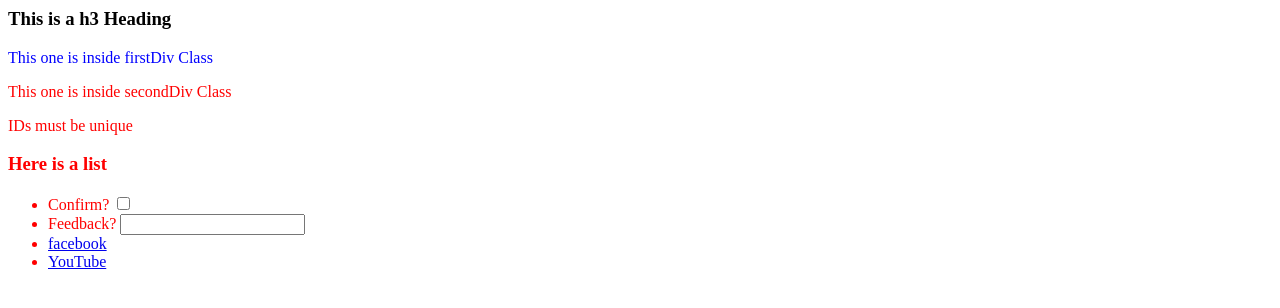
Repository: MonwarAdeeb/Bista_Solutions
Page: HTML & CSS/CSS/Level One/03. Apply Style on Subsets.html
An editor plug-in stored every save of this project. The page is shown before and after the next save, followed by the edit.
The browser window is 1280 px wide. The pictures show the whole page.

Above is the page before, as saved 2021-05-19 17:00:40.

After the next save:
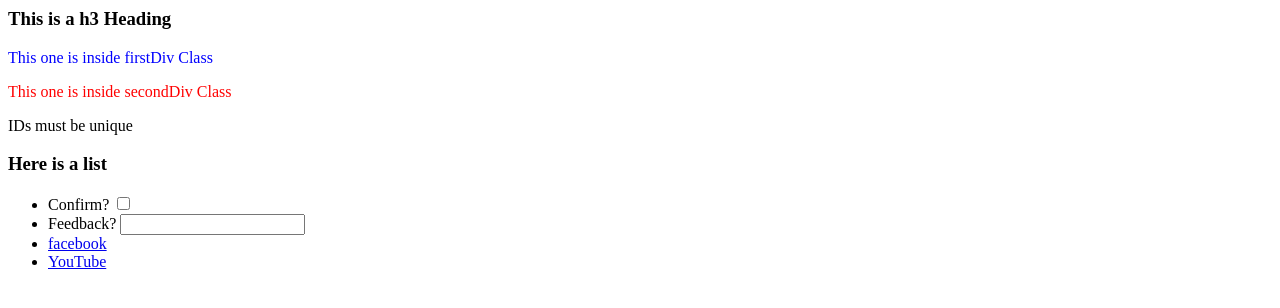
Saved 16 s later.
--- a/HTML & CSS/CSS/Level One/03. Apply Style on Subsets.html
+++ b/HTML & CSS/CSS/Level One/03. Apply Style on Subsets.html
@@ -17,7 +17,7 @@
 
     <div class="secondDiv">
         <p>This one is inside secondDiv Class</p>
-    </divc>
+    </div>
 
     <!-- paragraph with id -->
     <p id="singledout">IDs must be unique</p>
